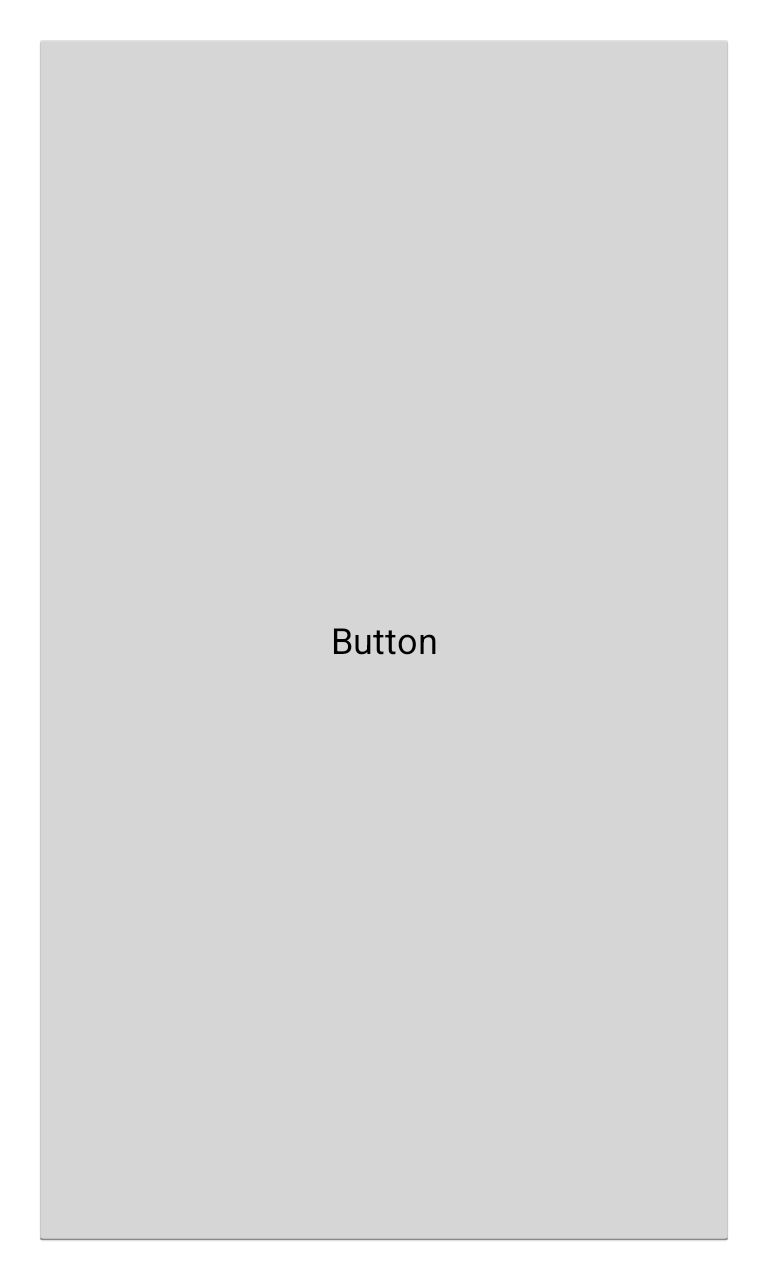
Repository: MadhuHS/JECM3
Layout: Layouts/res/layout/activity_main.xml
The author's editor kept a copy of each file at every save. The layout is drawn from the files as they stood at one save, then again after the next save.
It is drawn on a 768 x 1280 px phone screen (xhdpi) without system bars, with theme AppTheme; the app's code is not run.

Above is the layout before, as saved 2015-11-25 03:42:43.

### Layouts/res/layout/activity_main.xml
<RelativeLayout xmlns:android="http://schemas.android.com/apk/res/android"
    xmlns:tools="http://schemas.android.com/tools"
    android:layout_width="match_parent"
    android:layout_height="match_parent"
    android:paddingBottom="@dimen/activity_vertical_margin"
    android:paddingLeft="@dimen/activity_horizontal_margin"
    android:paddingRight="@dimen/activity_horizontal_margin"
    android:paddingTop="@dimen/activity_vertical_margin"
    tools:context=".MainActivity" >

    <Button
        android:id="@+id/button1"
        android:layout_width="match_parent"
        android:layout_height="match_parent"
        android:layout_alignParentLeft="true"
        android:layout_alignParentTop="true"
        android:text="Button" />

</RelativeLayout>

Loaded but not shown: Layouts/res/values/styles.xml (common file); Layouts/res/values-v11/styles.xml (common file); Layouts/res/values-v14/styles.xml (common file); Layouts/res/values/dimens.xml (common file)

After the next save:
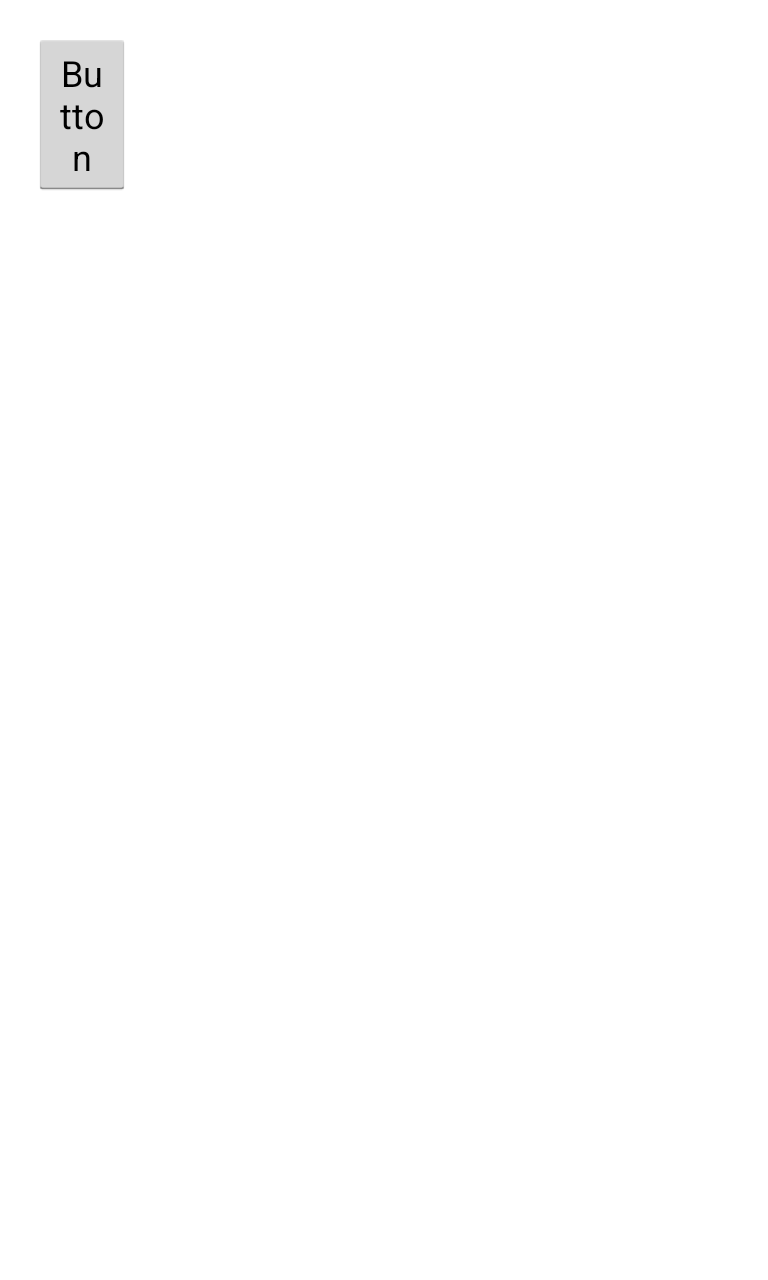
Saved 74 s later.
--- a/Layouts/res/layout/activity_main.xml
+++ b/Layouts/res/layout/activity_main.xml
@@ -10,8 +10,8 @@
 
     <Button
         android:id="@+id/button1"
-        android:layout_width="match_parent"
-        android:layout_height="match_parent"
+        android:layout_width="50dp"
+        android:layout_height="wrap_content"
         android:layout_alignParentLeft="true"
         android:layout_alignParentTop="true"
         android:text="Button" />
